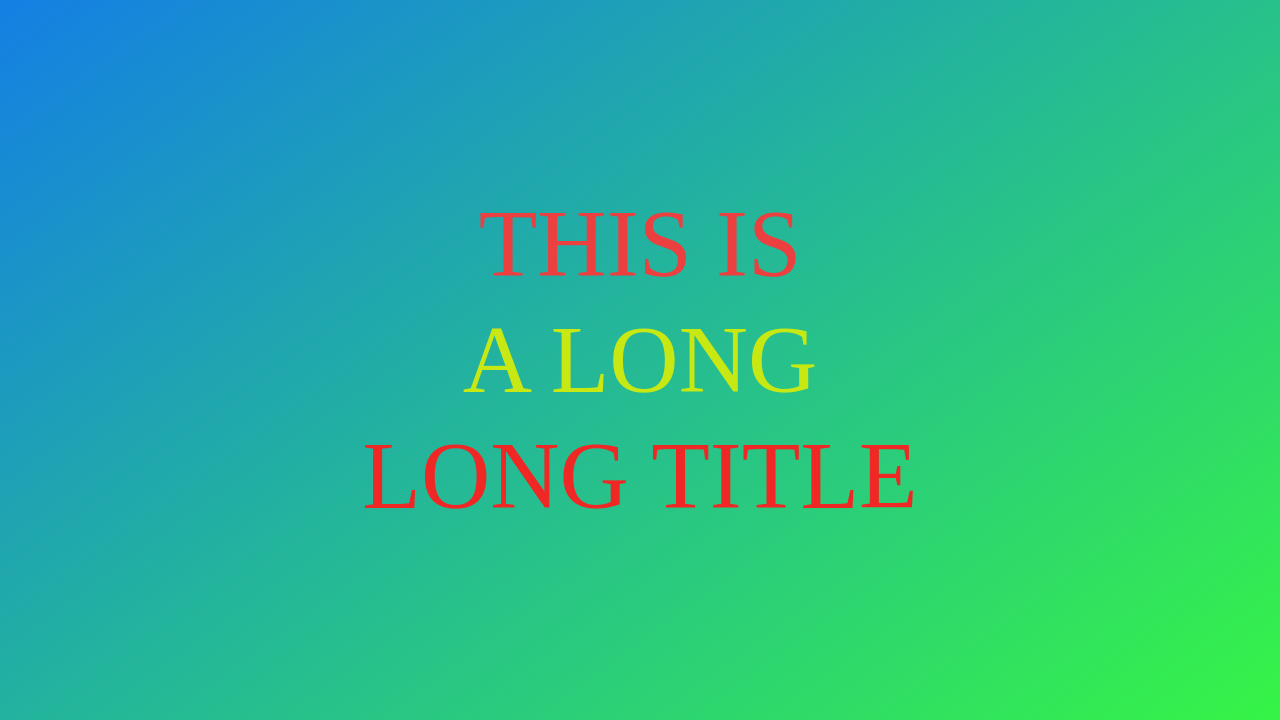
Repository: zuuo/--
Page: 文字入场动画1/index.html
The author's editor kept a copy of each file at every save. The page is drawn from the files as they stood at one save, then again after the next save.
The browser window is 1280 px wide. The pictures show the whole page.
The style sheet was rebuilt from its Sass, Less or Tailwind sources for each picture, by a compiler version that may differ from the author's.

Above is the page before, as saved 2024-03-03 21:00:56.

After the next save:
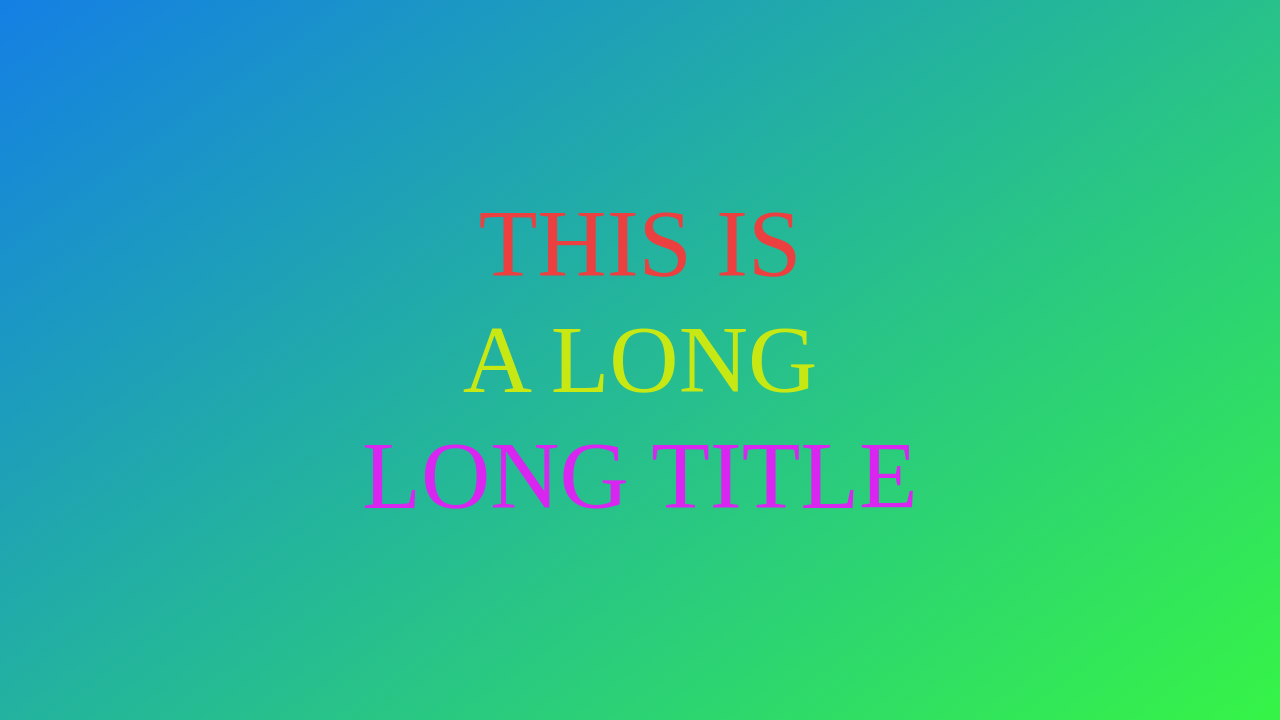
Saved 9 s later.
--- a/文字入场动画1/style.less
+++ b/文字入场动画1/style.less
@@ -26,7 +26,7 @@ body {
         }
 
         &:nth-child(3) {
-            color: #f02825;
+            color: #d825f0;
         }
     }
 }
